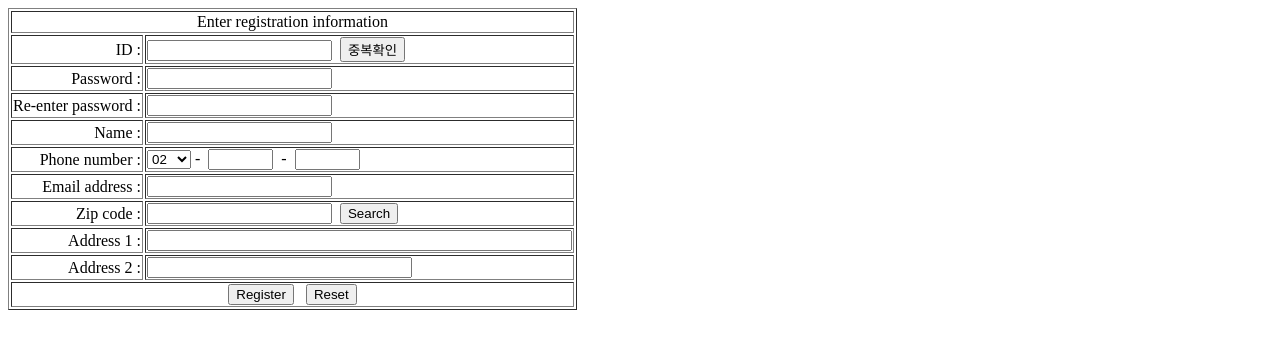
Repository: tomaters/servlets-JSP
Page: http://localhost/jsptest/mvcMem/regForm.jsp
These files come from the project's save history. The page is drawn as it stood at one moment and after the next save; the edit follows.
The browser window is 1280 px wide. The pictures show the whole page.
The page is served by Tomcat 10. Other server files are loaded and not shown.

Above is the page before, as saved 2023-12-11 04:19:57.

### jsptest/src/main/webapp/mvcMem/regForm.jsp
<%@ page language="java" contentType="text/html; charset=UTF-8"
	pageEncoding="UTF-8"%>
<html>
<head>
<meta http-equiv="Content-Type" content="text/html; charset=utf-8">
<title>Registration form</title>
<link href="css/style.css" type="test/css" rel="stylesheet" />
<script type="text/javascript" src="script.js"></script>
</head>
<body>
	<form method="post" action="member.mdo?cmd=regProc" name="regForm">
		<table border="1">
			<tr>
				<td colspan="2" align="center">Enter registration information</td>
			</tr>
			<tr>
				<td align="right">ID :</td>
				<td><input type="text" name="id" size="20" />&nbsp; <input
					type="button" value="중복확인" onClick="idCheck(this.form.id.value)" /></td>
			</tr>
			<tr>
				<td align="right">Password :</td>
				<td><input type="password" name="pass" /></td>
			</tr>
			<tr>
				<td align="right">Re-enter password :</td>
				<td><input type="password" name="repass" /></td>
			</tr>
			<tr>
				<td align="right">Name :</td>
				<td><input type="text" name="name" /></td>
			</tr>
			<tr>
				<td align="right">Phone number :</td>
				<td><select name="phone1">
						<option value="02">02</option>
						<option value="011">011</option>
				</select>&nbsp;-&nbsp; <input type="text" name="phone2" size="5" />
					&nbsp;-&nbsp; <input type="text" name="phone3" size="5" /></td>
			</tr>
			<tr>
				<td align="right">Email address :</td>
				<td><input type="text" name="email" /></td>
			</tr>
			<tr>
				<td align="right">Zip code :</td>
				<td><input type="text" name="zipcode" size="20" />&nbsp; <input
					type="button" value="Search" onClick="zipCheck()" /></td>
			</tr>
			<tr>
				<td align="right">Address 1 :</td>
				<td><input type="text" name="address1" size="50" /></td>
			</tr>
			<tr>
				<td align="right">Address 2 :</td>
				<td><input type="text" name="address2" size="30" /></td>
			</tr>
			<tr>
				<td colspan="2" align="center"><input type="button"
					value="Register" onClick="inputCheck()" />&nbsp;&nbsp; <input
					type="reset" value="Reset" /></td>
			</tr>
		</table>
	</form>
</body>
</html>

### jsptest/src/main/webapp/mvcMem/script.js
function idCheck(id) {
	if (id == "") {
		alert("Enter ID.");
		document.regForm.id.focus();
	} else {
		url = "member.mdo?cmd=idCheck&id=" + id;
		window.open(url, "post", "width=300,height=150");
	}
}

function zipCheck() {
	url = "member.mdo?cmd=zipCheck&check=y";
	window.open(url, "post", "toolbar=no, width=500, height=300, directories = no, status = yes, scrollbars = yes, menubar = no");
}

function inputCheck() {
	var theForm = document.regForm;
	if (!theForm.id.value) {
		alert("Enter ID");
		theForm.id.focus();
		return;
	}
	if (!theForm.pass.value) {
		alert("Enter password");
		theForm.pass.focus();
		return;
	}
	if (!theForm.repass.value) {
		alert("Check password");
		theForm.repass.focus();
		return;
	}
	if (theForm.repass.value != theForm.pass.value) {
		alert("Passwords do not match");
		theForm.repass.focus();
		return;
	}
	if (!theForm.name.value) {
		alert("Enter name");
		theForm.name.focus();
		return;
	}
	if (!theForm.phone1.value) {
		alert("Enter first digits of phone");
		theForm.phone1.focus();
		return;
	}
	if (!theForm.phone2.value) {
		alert("Enter middle digits of phone");
		theForm.phone2.focus();
		return;
	}
	if (!theForm.phone3.value) {
		alert("Enter last digits of phone");
		theForm.phone3.focus();
		return;
	}
	if (!theForm.email.value) {
		alert("Enter email address");
		theForm.email.focus();
		return;
	}
	var regExp = /^[0-9a-zA-Z]([-_.]?[0-9a-zA-Z])*@[0-9a-zA-Z]([-_.]?[0-9a-zA-Z])*.[a-zA-Z]{2,3}$/i;
	if (!regExp.test(theForm.email.value)) {
		alert("Check email address");
		theForm.email.focus();
		return;
	}
	if (!theForm.zipcode.value) {
		alert("Enter zipcode");
		theForm.zipcode.focus();
		return;
	}
	if (!theForm.address1.value) {
		alert("Enter address 1");
		theForm.address1.focus();
		return;
	}
	if (!theForm.address2.value) {
		alert("Enter address 2");
		theForm.address2.focus();
		return;
	}
	theForm.submit();
}

After the next save:
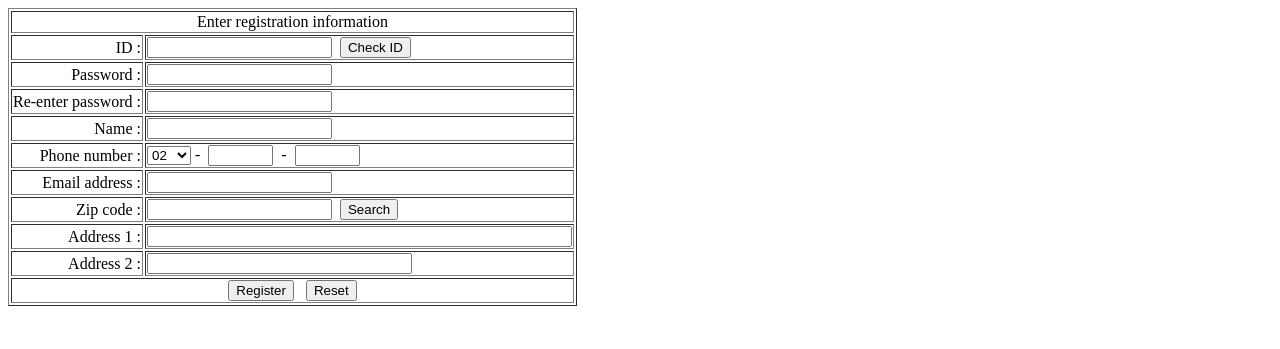
Saved 6 s later.
--- a/jsptest/src/main/webapp/mvcMem/regForm.jsp
+++ b/jsptest/src/main/webapp/mvcMem/regForm.jsp
@@ -16,7 +16,7 @@
 			<tr>
 				<td align="right">ID :</td>
 				<td><input type="text" name="id" size="20" />&nbsp; <input
-					type="button" value="중복확인" onClick="idCheck(this.form.id.value)" /></td>
+					type="button" value="Check ID" onClick="idCheck(this.form.id.value)" /></td>
 			</tr>
 			<tr>
 				<td align="right">Password :</td>
